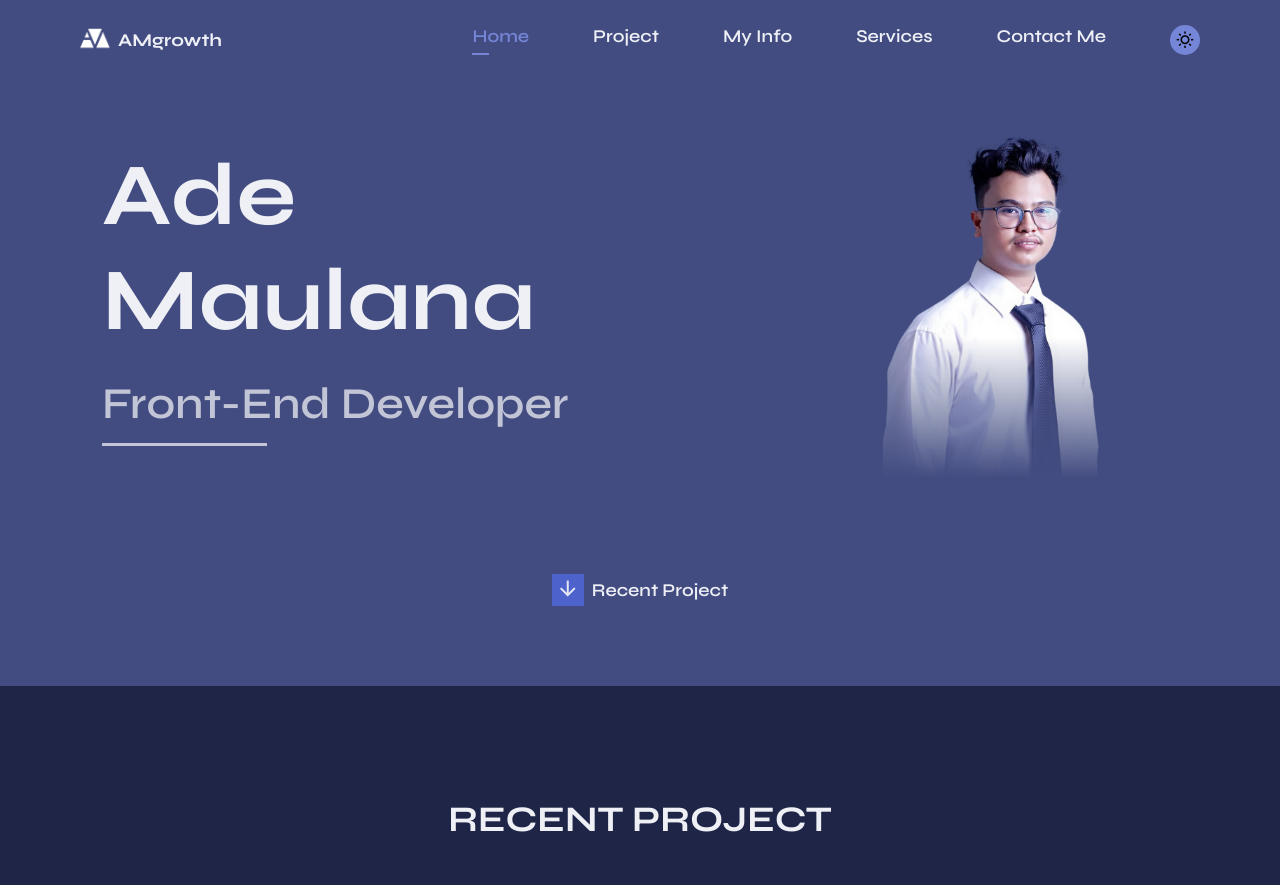
Repository: Ademaulana100499/portofolio
Page: index.html
These files come from the project's save history. The page is drawn as it stood at one moment and after the next save; the edit follows.
The browser window is 1280 px wide. The pictures show the part of the page from y = 0 to 885 px (the page is 6336 px tall).
A picture or video elsewhere on the page could not be fetched, so the positions and the page height are approximate. Some web fonts or font styles are not loaded; a fallback is used.

Above is the page before, as saved 2024-12-02 14:53:52.

### index.html
<!DOCTYPE html>
<html lang="en">
  <head>
    <meta charset="UTF-8" />
    <meta name="viewport" content="width=device-width, initial-scale=1.0" />
    <title>AMgrowth</title>
    <link rel="shortcut icon" href="assets/img/Favicon.png" />
    <link
      href="https://cdn.jsdelivr.net/npm/remixicon/fonts/remixicon.css"
      rel="stylesheet"
    />
    <link rel="stylesheet" href="assets/css/style.css" />
    <script type="text/javascript" src="assets/js/lightmode.js" defer></script>
  </head>
  <body>
    <!-- HEADER -->
    <header class="header" id="header">
      <nav class="nav container">
        <a href="#" class="nav__logo">
          <img
            src="assets/img/Logo White.png"
            alt="logo"
            class="nav__logo-img"
          />AMgrowth</a
        >
        <div class="nav__menu" id="nav-menu">
          <ul class="nav__list">
            <li>
              <a href="#home" class="nav__link active-link">Home</a>
            </li>
            <li>
              <a href="#project" class="nav__link">Project</a>
            </li>
            <li>
              <a href="#info" class="nav__link">My Info</a>
            </li>
            <li>
              <a href="#services" class="nav__link">Services</a>
            </li>
            <li>
              <a href="#contact" class="nav__link">Contact Me</a>
            </li>
            <li>
              <button id="theme-switch">
                <i class="ri-sun-line"></i>
                <i class="ri-moon-line"></i>
              </button>
            </li>
          </ul>

          <!-- Close Button -->
          <div class="nav__close" id="nav-close">
            <i class="ri-close-line"></i>
          </div>
        </div>

        <!-- Toggle Button -->
        <div class="nav__toggle" id="nav-toggle">
          <i class="ri-menu-line"></i>
        </div>
      </nav>
    </header>

    <!-- MAIN -->
    <main class="main" id="main">
      <!-- HOME -->
      <section class="home section" id="home">
        <div class="home__container container grid">
          <img src="assets/img/Photo.png" alt="image" class="home__img" />
          <div class="home__data">
            <h1 class="home__name">
              Ade <br />
              Maulana
            </h1>
            <h3 class="home__profession">Front-End Developer</h3>
          </div>
          <a href="#project" class="home__scroll">
            <div class="home__scroll-box">
              <i class="ri-arrow-down-line"></i>
            </div>
            <span class="home__scroll-text">Recent Project</span>
          </a>
        </div>
      </section>
      <!-- PROJECT -->
      <section class="project section" id="project">
        <h2 class="section__title">RECENT PROJECT</h2>
        <div class="project__container container grid">
          <article class="project__card">
            <a href="#" target="_blank" class="project__overlay"></a
            ><a href="#" target="_blank" class="project__link">
              <h2 class="project__title">To-Do List Website</h2>
              <p class="project__description">
                This To-Do List web application features a simple interface and
                dynamic functionality to help users manage their daily tasks
                with ease.
              </p>
              <img
                src="assets/img/to-do-list-web.png"
                alt="image"
                class="project__img"
              />
              <i class="ri-arrow-right-line"> </i>
            </a>
          </article>
          <article class="project__card">
            <a href="#" target="_blank" class="project__overlay"></a
            ><a href="#" target="_blank" class="project__link">
              <h2 class="project__title">Cafe Website</h2>
              <p class="project__description">
                This Cafe website provides an interactive platform for users to
                explore the menu, place orders, and learn more about the cafe’s
                offerings and services.
              </p>
              <img
                src="assets/img/cafe web.jpg"
                alt="image"
                class="project__img"
              />
              <i class="ri-arrow-right-line"> </i>
            </a>
          </article>
          <article class="project__card">
            <a href="#" target="_blank" class="project__overlay"></a
            ><a href="#" target="_blank" class="project__link">
              <h2 class="project__title">Movie Website</h2>
              <p class="project__description">
                This Movie website allows users to browse and discover a variety
                of movies, view details, and explore ratings and reviews.
              </p>
              <img
                src="assets/img/movies web.png"
                alt="image"
                class="project__img"
              />
              <i class="ri-arrow-right-line"> </i>
            </a>
          </article>
          <article class="project__card">
            <a href="#" target="_blank" class="project__overlay"></a
            ><a href="#" target="_blank" class="project__link">
              <h2 class="project__title">Blog Website</h2>
              <p class="project__description">
                This Blog website offers a platform for users to read, share,
                and comment on various articles, fostering a community of
                discussion and knowledge sharing.
              </p>
              <img
                src="assets/img/blog web.jpg"
                alt="image"
                class="project__img"
              />
              <i class="ri-arrow-right-line"> </i>
            </a>
          </article>
          <article class="project__card">
            <a href="#" target="_blank" class="project__overlay"></a
            ><a href="#" target="_blank" class="project__link">
              <h2 class="project__title">Fitness Website</h2>
              <p class="project__description">
                This Fitness website provides users with workout plans,
                nutrition tips, and progress tracking to help them achieve their
                fitness goals.
              </p>
              <img
                src="assets/img/fittnes web.avif"
                alt="image"
                class="project__img"
              />
              <i class="ri-arrow-right-line"> </i>
            </a>
          </article>
        </div>
      </section>
      <!-- INFO -->
      <section class="info section" id="info">
        <h2 class="section__title">MY INFO</h2>
        <div class="info__container container grid">
          <!-- ABOUT -->
          <div class="about grid">
            <div class="about__content">
              <h3 class="info__title">About Me</h3>
              <p class="about__description">
                I am a <strong>Front-End Web Developer</strong> skilled in
                designing and building <strong>responsive</strong>, interactive
                web interfaces using <strong>HTML</strong>,
                <strong>CSS</strong>, and <strong>JavaScript</strong>. With
                experience in <strong>React.js</strong>, I focus on creating
                visually appealing and functional websites that enhance
                <strong>user experience</strong> across devices. I stay updated
                with the latest technologies to deliver creative and efficient
                solutions.
              </p>

              <a
                href="assets/pdf/CV Ade Maulana.pdf"
                download="CV Ade Maulana.pdf"
                target="_blank"
                class="button about__button"
                >Download CV</a
              >
            </div>

            <img src="assets/img/Photo2.png" alt="image" class="about__img" />
          </div>
          <!-- EXPERIENCE -->
          <div class="experience">
            <h3 class="info__title">Experience</h3>
            <div class="experience__content grid">
              <div class="experience__data grid">
                <h2 class="experience__company">
                  PT. Victory Chingluh Indonesia
                </h2>
                <div>
                  <h3 class="experience__professsion">Shipping Officer</h3>
                  <span class="experience__date">12/2018 - 07/2024</span>
                  <p class="experience__description">
                    Experienced in managing delivery orders with high accuracy
                    using Excel, monitoring stock through SAP, and improving
                    operational efficiency and delivery coordination, with
                    skills in logistics management, inventory, and effective
                    communication.
                  </p>
                </div>
              </div>
              <div class="experience__data grid">
                <h2 class="experience__company">
                  PT Midi Utama Indonesia, Tbk
                </h2>
                <div>
                  <h3 class="experience__professsion">Sales Assistant</h3>
                  <span class="experience__date">06/2018 - 12/2018</span>
                  <p class="experience__description">
                    Experienced in delivering excellent customer service,
                    providing clear product information, and staying updated on
                    new products and promotions to boost customer satisfaction
                    and engagement. Skilled in promoting products and exceeding
                    sales targets through proactive interactions and
                    recommendations, with a focus on teamwork and adaptability.
                  </p>
                </div>
              </div>
              <div class="experience__data grid">
                <h2 class="experience__company">CV Radjawali</h2>
                <div>
                  <h3 class="experience__professsion">Printing Operator</h3>
                  <span class="experience__date">07/2017 - 05/2018</span>
                  <p class="experience__description">
                    Experienced in accurately preparing print files, ensuring
                    consistent print quality, and reducing the need for
                    reprints. Skilled in maintaining printing machines to
                    enhance operational efficiency, minimize downtime, and boost
                    productivity.
                  </p>
                </div>
              </div>
            </div>
          </div>
          <!-- SKILLS -->
          <div class="skills">
            <h3 class="info__title">Skills</h3>
            <div class="skills__content grid">
              <div class="skills__box">
                <img
                  src="assets/img/html.svg"
                  alt="image"
                  class="skills__img"
                />
                <span class="skills__name">HTML</span>
              </div>
              <div class="skills__box">
                <img src="assets/img/css.svg" alt="image" class="skills__img" />
                <span class="skills__name">CSS</span>
              </div>
              <div class="skills__box">
                <img
                  src="assets/img/javascript.svg"
                  alt="image"
                  class="skills__img"
                />
                <span class="skills__name">JavaScript</span>
              </div>
              <div class="skills__box">
                <img
                  src="assets/img/react.svg"
                  alt="image"
                  class="skills__img"
                />
                <span class="skills__name">React</span>
              </div>
              <div class="skills__box">
                <img src="assets/img/git.svg" alt="image" class="skills__img" />
                <span class="skills__name">Git</span>
              </div>
              <div class="skills__box">
                <img
                  src="assets/img/github.svg"
                  alt="image"
                  class="skills__img"
                />
                <span class="skills__name">GitHub</span>
              </div>
              <div class="skills__box">
                <img
                  src="assets/img/tailwind.png"
                  alt="image"
                  class="skills__img"
                />
                <span class="skills__name">Tailwind</span>
              </div>
              <div class="skills__box">
                <img
                  src="assets/img/bootstrap.png"
                  alt="image"
                  class="skills__img"
                />
                <span class="skills__name">Boostrap</span>
              </div>
              <div class="skills__box">
                <img
                  src="assets/img/figma.svg"
                  alt="image"
                  class="skills__img"
                />
                <span class="skills__name">Figma</span>
              </div>
            </div>
          </div>
        </div>
      </section>
      <!-- SERVICES -->
      <section class="services section" id="services">
        <h2 class="section__title">SERVICES</h2>
        <div class="services__container container grid">
          <article class="services__card">
            <i class="ri-code-box-line services__icon"></i>
            <h3 class="services__title">Web Development</h3>
            <p class="services__description">
              Building functional, secure, and user-friendly websites with
              features tailored to user needs.
            </p>
          </article>
          <article class="services__card">
            <i class="ri-pencil-ruler-2-line services__icon"></i>
            <h3 class="services__title">Web Design</h3>
            <p class="services__description">
              Designing visually appealing and professional website layouts that
              reflect the brand identity and provide an engaging visual
              experience.
            </p>
          </article>
          <article class="services__card">
            <i class="ri-layout-2-line services__icon"></i>
            <h3 class="services__title">Responsive Web Design</h3>
            <p class="services__description">
              Creating responsive websites compatible across various devices,
              ensuring an optimal user experience on desktops, tablets, and
              smartphones.
            </p>
          </article>
        </div>
      </section>
      <!-- CONTACT -->
      <section class="contact section" id="contact">
        <h2 class="section__title">CONTACT ME</h2>
        <div class="contact__container container grid">
          <form action="" class="contact__form grid" id="contact-form">
            <div class="contact__group grid">
              <input
                type="text"
                name="user_name"
                placeholder="Names"
                class="contact__input"
              />
              <input
                type="email"
                name="user_email"
                placeholder="Email"
                class="contact__input"
              />
            </div>
            <textarea
              name="user_message"
              placeholder="Message"
              required
              class="contact__input contact__area"
              id=""
            ></textarea>
            <button class="button contact__button">Send Message</button>
            <p class="contact__message" id="contact-message"></p>
          </form>

          <div class="contact__social grid">
            <a
              href="https://www.linkedin.com/in/ademaulana-/"
              target="_blank"
              class="contact__social-link"
            >
              <i class="ri-linkedin-box-line"></i>
              <span>Linkedin</span>
            </a>
            <a
              href="https://www.instagram.com/ade_maulana._/"
              target="_blank"
              class="contact__social-link"
            >
              <i class="ri-instagram-line"></i>
              <span>Instagram</span>
            </a>
          </div>
        </div>
      </section>
    </main>

    <!-- FOOTER -->
    <footer class="footer" id="footer">
      <div class="footer__container container grid">
        <ul class="footer__links">
          <li>
            <a href="#home" class="footer__link">Home</a>
          </li>
          <li>
            <a href="#project" class="footer__link">Project</a>
          </li>
          <li>
            <a href="#info" class="footer__link">Info</a>
          </li>
        </ul>
        <span class="footer__copy">
          &#169; All rights reserved by Ade Maulana
        </span>
      </div>
    </footer>
    <!-- SCROLL UP -->
    <a href="#" class="scrollup" id="scroll-up">
      <i class="ri-arrow-up-line"></i>
    </a>
    <!-- SCROLLREVEAL -->
    <script src="assets/js/scrollreveal.min.js"></script>
    <!-- EMAIL JS -->
    <script src="https://cdn.jsdelivr.net/npm/@emailjs/browser@4/dist/email.min.js"></script>

    <!-- MAIN JS -->
    <script src="assets/js/main.js"></script>
  </body>
</html>

Loaded but not shown: assets/js/scrollreveal.min.js (library); assets/js/main.js (107 lines, source omitted); assets/js/lightmode.js (20 lines, source omitted); assets/css/style.css (841 lines, source omitted)

After the next save:
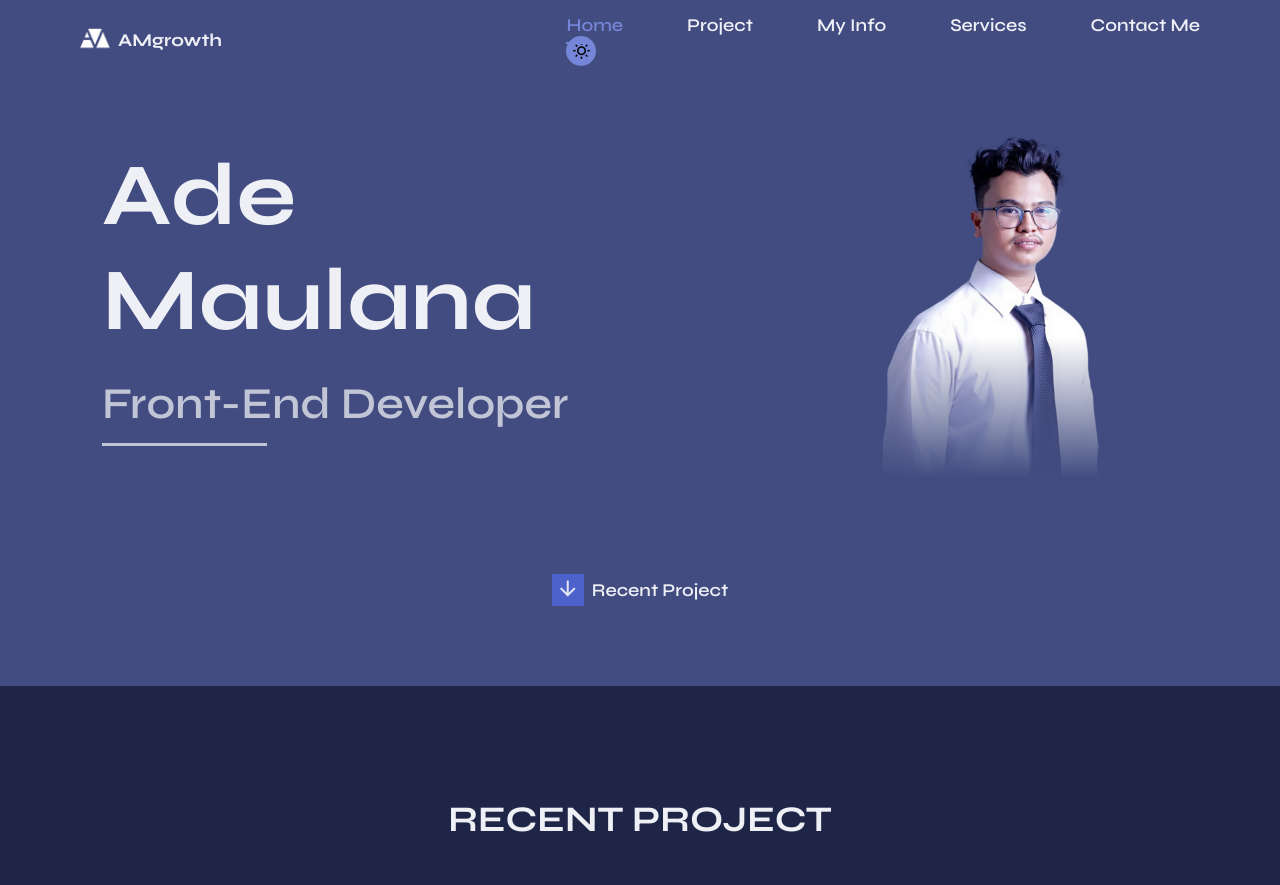
Saved 100 s later.
--- a/index.html
+++ b/index.html
@@ -40,14 +40,11 @@
             <li>
               <a href="#contact" class="nav__link">Contact Me</a>
             </li>
-            <li>
-              <button id="theme-switch">
-                <i class="ri-sun-line"></i>
-                <i class="ri-moon-line"></i>
-              </button>
-            </li>
           </ul>
-
+          <button id="theme-switch">
+            <i class="ri-sun-line"></i>
+            <i class="ri-moon-line"></i>
+          </button>
           <!-- Close Button -->
           <div class="nav__close" id="nav-close">
             <i class="ri-close-line"></i>

After the save that followed:
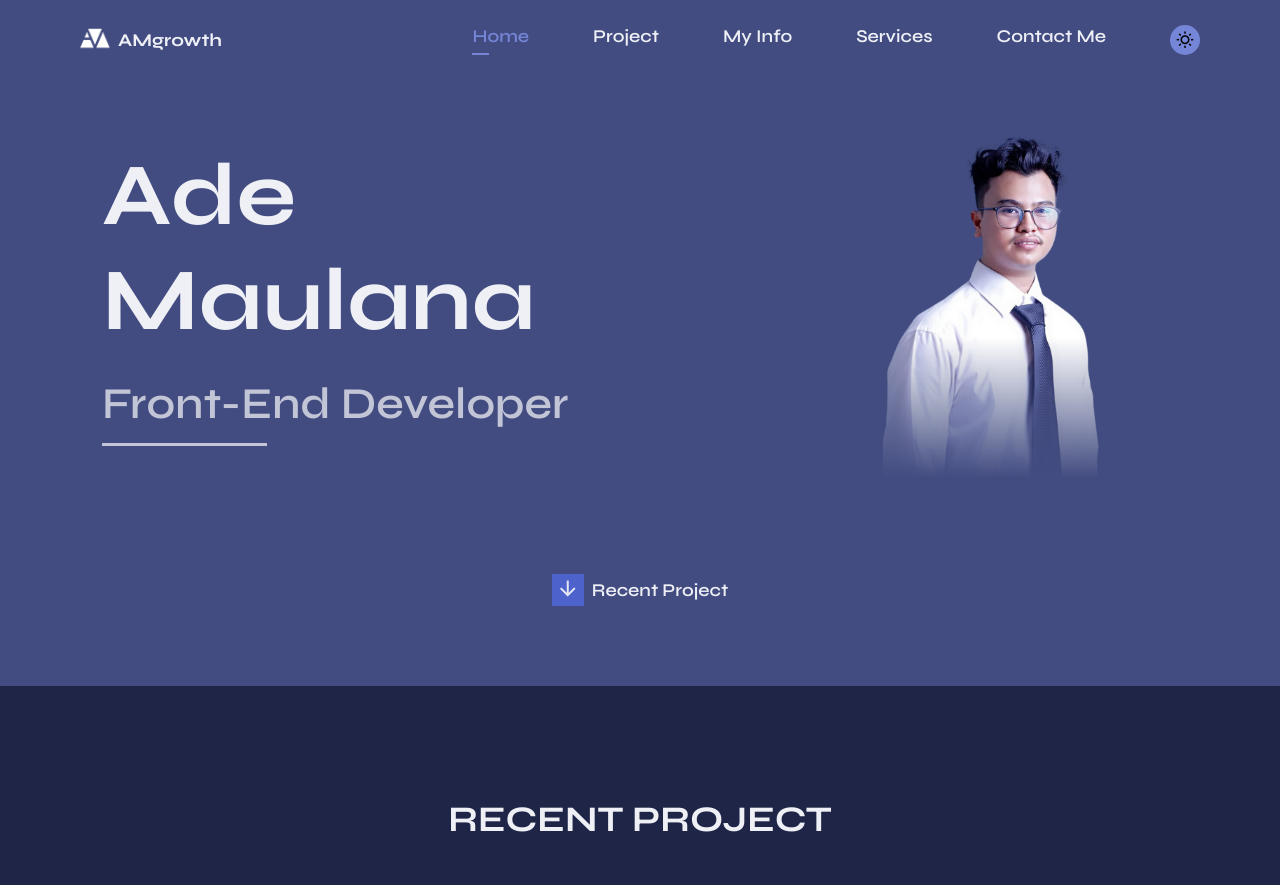
Saved 35 s later.
--- a/index.html
+++ b/index.html
@@ -40,11 +40,14 @@
             <li>
               <a href="#contact" class="nav__link">Contact Me</a>
             </li>
+            <li>
+              <button id="theme-switch">
+                <i class="ri-sun-line"></i>
+                <i class="ri-moon-line"></i>
+              </button>
+            </li>
           </ul>
-          <button id="theme-switch">
-            <i class="ri-sun-line"></i>
-            <i class="ri-moon-line"></i>
-          </button>
+
           <!-- Close Button -->
           <div class="nav__close" id="nav-close">
             <i class="ri-close-line"></i>
